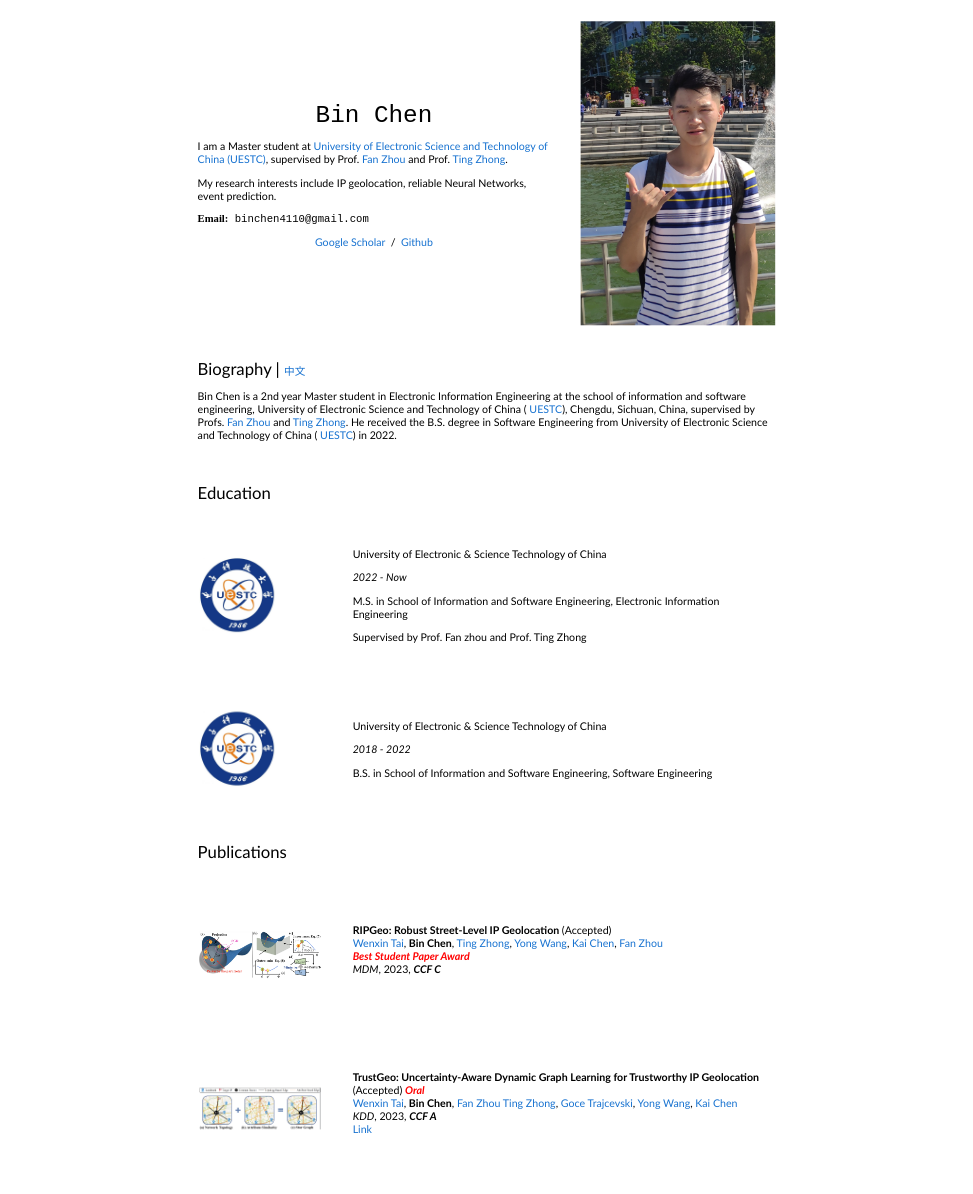
Repository: b1nchen/b1nchen.github.io
Page: index.html
These files come from the project's save history. The page is drawn as it stood at one moment and after the next save; the edit follows.
The browser window is 1280 px wide. The pictures show the part of the page from y = 0 to 1571 px (the page is 1939 px tall), at 76% of full size.
A picture or video elsewhere on the page could not be fetched, so the positions and the page height are approximate.

Above is the page before, as saved 2023-12-31 08:06:19.

### index.html
<!DOCTYPE HTML>
<html lang="en">

<head>
  <meta http-equiv="Content-Type" content="text/html; charset=UTF-8">

  <title>Bin Chen</title>

  <meta name="author" content="Bin Chen">
  <meta name="viewport" content="width=device-width, initial-scale=1">

  <link rel="stylesheet" type="text/css" href="stylesheet.css">
  <link rel="icon" href="images/uestc_icon.jpeg">
</head>

<body>

  <table
    style="width:100%;max-width:800px;border:0px;border-spacing:0px;border-collapse:separate;margin-right:auto;margin-left:auto;">
    <tbody>
      <tr style="padding:0px">
        <td style="padding:0px">
          <table
            style="width:100%;border:0px;border-spacing:0px;border-collapse:separate;margin-right:auto;margin-left:auto;">
            <tbody>
              <tr style="padding:0px">
                <td style="padding:2.5%;width:63%;vertical-align:middle">
                  <p style="text-align:center">
                    <name>Bin Chen</name>
                  </p>
                  <p>I am a Master student at <a href="https://en.uestc.edu.cn/">University of Electronic Science and
                      Technology of China (UESTC)</a>, supervised by Prof. <a
                      href="https://scholar.google.com/citations?user=Ihj2Rw8AAAAJ">Fan Zhou</a> and Prof. <a
                      href="https://scholar.google.com/citations?user=Mdr0XDkAAAAJ">Ting Zhong</a>.
                      <!-- <a href="xovee.cn">Xovee</a> also helps me a lot, as sa  -->
                  </p>
                  <p>
                    My research interests include IP geolocation, reliable Neural Networks, event prediction.
                  </p>
                  <p style="font-family: 'Courier New', Courier, monospace;">
                    <!-- <b style="font-family: 'Times New Roman', Times, serif;">Email:</b> <em>firstname</em>.<em>lastname</em>@ieee.org
                    <br>
                    &nbsp &nbsp &nbsp
                    <em>firstname</em>.<em>lastname</em>417@outlook.com <br> -->
                    <b style="font-family: 'Times New Roman', Times, serif;">
                      Email:</b> binchen4110@gmail.com
                     <br>

                  </p>
                  <p style="text-align:center">

                    <a >Google Scholar</a>
                    &nbsp/&nbsp
                    <a href="https://github.com/binchen4110/">Github</a>
                  </p>

                </td>
                <td style="padding:2.5%;width:40%;max-width:40%">
                  <a href="images/profile.jpg"><img style="width:100%;max-width:100%" alt="profile photo"
                      src="images/profile.jpg" class="hoverZoomLink"></a>
                </td>
              </tr>
            </tbody>
          </table>

          <table
            style="width:100%;border:0px;border-spacing:0px;border-collapse:separate;margin-right:auto;margin-left:auto;">
            <tbody>
              <tr>
                <td style="padding:20px;width:100%;vertical-align:middle">
                  <heading>Biography |
                    <a href="index_CHN.html">中文</a>
                  </heading>
                  <p>
                    Bin Chen is a 2nd year Master student in Electronic Information Engineering at the school of information and
                    software engineering, University of Electronic Science and Technology of China (<a
                      href="https://en.uestc.edu.cn/"> UESTC</a>), Chengdu, Sichuan, China, supervised by Profs. <a
                      href="https://scholar.google.com/citations?user=Ihj2Rw8AAAAJ">Fan Zhou</a> and <a
                      href="https://scholar.google.com/citations?user=Mdr0XDkAAAAJ">Ting Zhong</a>. He received the B.S.
                    degree in Software Engineering from University of Electronic Science and Technology of China (<a
                      href="https://www.uestc.edu.cn/"> UESTC</a>) in 2022.
                  </p>
                  <!-- <p>
                    He is a (student) member of the IEEE.
                  </p> -->
                </td>
              </tr>
            </tbody>
          </table>

          <table
            style="width:100%;border:0px;border-spacing:0px;border-collapse:separate;margin-right:auto;margin-left:auto;">
            <tbody>
              <tr>
                <td style="padding:20px;width:100%;vertical-align:middle">
                  <heading>Education</heading>
                </td>
              </tr>
            </tbody>
          </table>
          <table width="100%" align="center" border="0" cellpadding="20">
            <tbody>

              <tr>
                <td style="padding:20px;width:25%;vertical-align:middle">
                  <div class="flexbox">
                    <img src='images/uestc_icon.jpeg' width="100px">
                  </div>
                </td>
                <td style="padding:20px;width:75%;vertical-align:middle">
                  <p>University of Electronic & Science Technology of China</p>
                  <em>2022 - Now</em>
                  <p>M.S. in School of Information and Software Engineering, Electronic Information Engineering</p>
                  <p>Supervised by Prof. Fan zhou and Prof. Ting Zhong</p>

                </td>
              </tr>


              <tr>
                <td style="padding:20px;width:25%;vertical-align:middle">
                  <div class="flexbox">
                    <img src='images/uestc_icon.jpeg' width="100px">
                  </div>
                </td>
                <td style="padding:20px;width:75%;vertical-align:middle">
                  <p>University of Electronic & Science Technology of China</p>
                  <em> 2018 -  2022 </em>
                  <p> B.S. in School of Information and Software Engineering, Software Engineering</p>
                </td>
              </tr>


            </tbody>
          </table>


          <table width="100%" align="center" border="0" cellspacing="0" cellpadding="20">
            <tbody>
              <tr>
                <td>
                  <heading>Publications</heading>
                </td>
              </tr>
            </tbody>
          </table>
          <table width="100%" align="center" border="0" cellpadding="20">
            <tbody>

            <!-- MDM 2023 -->
              <tr onmouseout="ripgeo_data()" onmouseover="ripgeo_para()">
                <td style="padding:20px;width:25%;vertical-align:middle">
                  <div class="one">
                    <div class="two" id='data'>
                      <img src='images/ripgeo_perturb_data.png' width="160">


                    </div>
                    <img src="images/ripgeo_perturb_para.png" width="160">
                  </div>
                  <script type="text/javascript">
                    function ripgeo_data() {
                      document.getElementById('data').style.opacity = "0";
                    }

                    function ripgeo_para() {
                      document.getElementById('data').style.opacity = "1";
                    }
                    ripgeo_data()
                  </script>
                </td>
                <td style="padding:20px;width:75%;vertical-align:middle">

                  <papertitle>RIPGeo: Robust Street-Level IP Geolocation </papertitle>(Accepted)

                  <br>
                  <a href="https://scholar.google.com/citations?user=YyxocAIAAAAJ">Wenxin Tai</a>,
                  <strong>Bin Chen</strong>,
                  <a href="https://scholar.google.com/citations?user=Mdr0XDkAAAAJ">Ting Zhong</a>,
                  <a>Yong Wang</a>,
                  <a href="https://scholar.google.com/citations?user=tnRV5QYAAAAJ">Kai Chen</a>,
                  <a href="https://scholar.google.com/citations?user=Ihj2Rw8AAAAJ">Fan Zhou</a>

                  <br>
                  <em><b style="color:red">Best Student Paper Award</b></em>
                  <br>
                  <em>MDM</em>, 2023, <em><strong>CCF C</strong></em>
                  <br>


                  <!-- <a href="https://ieeexplore.ieee.org/document/9747900">链接</a>,
                  <a href="https://youtu.be/uT1pEfHbo14">视频</a>,
                  <a href="papers/ICASSP_5513_poster.pdf">海报</a>,
                  <a href="papers/ICASSP_slides.pptx">幻灯片</a>,
                  <a href="papers/ICASSP_2022_FUFI.pdf">下载</a>
                  <p></p>
                  <p>We incorporate evidential learning into IP geolocation to improve the stability of the system.. -->
                  </p>
                </td>
              </tr>


              <!-- KDD 2023 -->
              <tr onmouseout="FUFI_intro()" onmouseover="FUFI_end()">
                <td style="padding:20px;width:25%;vertical-align:middle">
                  <div class="one">
                    <div class="two" id='method'>
                      <img src='images/trustgeo_method.png' width="160">


                    </div>
                    <img src="images/trustgeo_model.png" width="160">
                  </div>
                  <script type="text/javascript">
                    function FUFI_intro() {
                      document.getElementById('method').style.opacity = "0";
                    }

                    function FUFI_end() {
                      document.getElementById('method').style.opacity = "1";
                    }
                    FUFI_intro()
                  </script>
                </td>
                <td style="padding:20px;width:75%;vertical-align:middle">

                  <papertitle>TrustGeo: Uncertainty-Aware Dynamic Graph Learning for Trustworthy IP Geolocation </papertitle>(Accepted) <em><b style="color:red">Oral</b></em>


                  <br>
                  <a href="https://scholar.google.com/citations?user=YyxocAIAAAAJ">Wenxin Tai</a>,
                  <strong>Bin Chen</strong>,
                  <a href="https://scholar.google.com/citations?user=Ihj2Rw8AAAAJ">Fan Zhou</a>
                  <a href="https://scholar.google.com/citations?user=Mdr0XDkAAAAJ">Ting Zhong</a>,
                  <a href="https://scholar.google.com/citations?user=Avus2kcAAAAJ">Goce Trajcevski</a>,
                  <a>Yong Wang</a>,
                  <a href="https://scholar.google.com/citations?user=tnRV5QYAAAAJ">Kai Chen</a>
                  <br>
                  <em>KDD</em>, 2023, <em><strong>CCF A</strong></em>
                  <br>

                  <a href="https://drive.google.com/file/d/1PgxtmzdQAYr9Ti3rvHGgnyf05PbP-WwI/view?usp=drive_link">Link</a>
                  <!-- <a href="https://ieeexplore.ieee.org/document/9747900">链接</a>,
                  <a href="https://youtu.be/uT1pEfHbo14">视频</a>,
                  <a href="papers/ICASSP_5513_poster.pdf">海报</a>,
                  <a href="papers/ICASSP_slides.pptx">幻灯片</a>,
                  <a href="papers/ICASSP_2022_FUFI.pdf">下载</a>
                  <p></p>
                  <p>We incorporate evidential learning into IP geolocation to improve the stability of the system.. -->
                  </p>
                </td>
              </tr>


            </tbody>
          </table>
        </td>
      </tr>

    </table>

  <center>


  <p>
    <font size="2">
      <font size="2">
        <font size="2">&nbsp;<br>
          &nbsp; <a href="https://www.easycounter.com/">
            <img src="https://www.easycounter.com/counter.php?hyson"
            border="0" alt="Web Site Hit Counter"></a> <i>
            <font face="Arial" size="2">unique visitors since Feburary 2023</font>
          </i></font>
      </font>
    </font>
  </p>



  <p style="color: #AAAAAA;">© 2023 Bin Chen | Powered by <a href="https://pattonyu.github.io/">Haoyang Yu</a> and <a href="https://jonbarron.info/">Jon Barron </a> | updating time
    2023-02-28
        <!-- Friendly Link: <a href="https://xovee.cn">Xovee Xu</a> -->
    </p>
  </center>
</body>

</html>

### stylesheet.css
/* latin-ext */
@font-face {
  font-family: 'Lato';
  font-style: italic;
  font-weight: 400;
  src: local('Lato Italic'), local('Lato-Italic'), url(https://fonts.gstatic.com/s/lato/v15/S6u8w4BMUTPHjxsAUi-qNiXg7eU0.woff2) format('woff2');
  unicode-range: U+0100-024F, U+0259, U+1E00-1EFF, U+2020, U+20A0-20AB, U+20AD-20CF, U+2113, U+2C60-2C7F, U+A720-A7FF;
}
/* latin */
@font-face {
  font-family: 'Lato';
  font-style: italic;
  font-weight: 400;
  src: local('Lato Italic'), local('Lato-Italic'), url(https://fonts.gstatic.com/s/lato/v15/S6u8w4BMUTPHjxsAXC-qNiXg7Q.woff2) format('woff2');
  unicode-range: U+0000-00FF, U+0131, U+0152-0153, U+02BB-02BC, U+02C6, U+02DA, U+02DC, U+2000-206F, U+2074, U+20AC, U+2122, U+2191, U+2193, U+2212, U+2215, U+FEFF, U+FFFD;
}
/* latin-ext */
@font-face {
  font-family: 'Lato';
  font-style: italic;
  font-weight: 700;
  src: local('Lato Bold Italic'), local('Lato-BoldItalic'), url(https://fonts.gstatic.com/s/lato/v15/S6u_w4BMUTPHjxsI5wq_FQftx9897sxZ.woff2) format('woff2');
  unicode-range: U+0100-024F, U+0259, U+1E00-1EFF, U+2020, U+20A0-20AB, U+20AD-20CF, U+2113, U+2C60-2C7F, U+A720-A7FF;
}
/* latin */
@font-face {
  font-family: 'Lato';
  font-style: italic;
  font-weight: 700;
  src: local('Lato Bold Italic'), local('Lato-BoldItalic'), url(https://fonts.gstatic.com/s/lato/v15/S6u_w4BMUTPHjxsI5wq_Gwftx9897g.woff2) format('woff2');
  unicode-range: U+0000-00FF, U+0131, U+0152-0153, U+02BB-02BC, U+02C6, U+02DA, U+02DC, U+2000-206F, U+2074, U+20AC, U+2122, U+2191, U+2193, U+2212, U+2215, U+FEFF, U+FFFD;
}
/* latin-ext */
@font-face {
  font-family: 'Lato';
  font-style: normal;
  font-weight: 400;
  src: local('Lato Regular'), local('Lato-Regular'), url(https://fonts.gstatic.com/s/lato/v15/S6uyw4BMUTPHjxAwXiWtFCfQ7A.woff2) format('woff2');
  unicode-range: U+0100-024F, U+0259, U+1E00-1EFF, U+2020, U+20A0-20AB, U+20AD-20CF, U+2113, U+2C60-2C7F, U+A720-A7FF;
}
/* latin */
@font-face {
  font-family: 'Lato';
  font-style: normal;
  font-weight: 400;
  src: local('Lato Regular'), local('Lato-Regular'), url(https://fonts.gstatic.com/s/lato/v15/S6uyw4BMUTPHjx4wXiWtFCc.woff2) format('woff2');
  unicode-range: U+0000-00FF, U+0131, U+0152-0153, U+02BB-02BC, U+02C6, U+02DA, U+02DC, U+2000-206F, U+2074, U+20AC, U+2122, U+2191, U+2193, U+2212, U+2215, U+FEFF, U+FFFD;
}
/* latin-ext */
@font-face {
  font-family: 'Lato';
  font-style: normal;
  font-weight: 700;
  src: local('Lato Bold'), local('Lato-Bold'), url(https://fonts.gstatic.com/s/lato/v15/S6u9w4BMUTPHh6UVSwaPGQ3q5d0N7w.woff2) format('woff2');
  unicode-range: U+0100-024F, U+0259, U+1E00-1EFF, U+2020, U+20A0-20AB, U+20AD-20CF, U+2113, U+2C60-2C7F, U+A720-A7FF;
}
/* latin */
@font-face {
  font-family: 'Lato';
  font-style: normal;
  font-weight: 700;
  src: local('Lato Bold'), local('Lato-Bold'), url(https://fonts.gstatic.com/s/lato/v15/S6u9w4BMUTPHh6UVSwiPGQ3q5d0.woff2) format('woff2');
  unicode-range: U+0000-00FF, U+0131, U+0152-0153, U+02BB-02BC, U+02C6, U+02DA, U+02DC, U+2000-206F, U+2074, U+20AC, U+2122, U+2191, U+2193, U+2212, U+2215, U+FEFF, U+FFFD;
}

a {
  color: #1772d0;
  text-decoration: none;
}

a:focus,
a:hover {
  color: #f09228;
  text-decoration: none;
}

body,
td,
th,
tr,
p,
a {
  font-family: 'Lato', Verdana, Helvetica, sans-serif;
  font-size: 14px
}

strong {
  font-family: 'Lato', Verdana, Helvetica, sans-serif;
  font-size: 14px;
}

heading {
  font-family: 'Lato', Verdana, Helvetica, sans-serif;
  font-size: 22px;
}

papertitle {
  font-family: 'Lato', Verdana, Helvetica, sans-serif;
  font-size: 14px;
  font-weight: 700
}

name {
  font-family: 'Courier New', Courier, monospace;
  font-size: 32px;
}


.flexbox{
  width: 160px;
  height: 160px;
  display: flex;
  align-items: center;
  justify-items: center;
  /* text-align: center; */
}

.flexbox img{
  justify-items: center;
  align-items: center;
  /* text-align: center; */
}


.one {
  width: 160px;
  height: 160px;
  display: flex;
  position: relative;
  align-items: center;
}

.one img{
  width: 160px;
  align-items: center;
}

.two {
  width: 160px;
  height: 160px;
  display: flex;
  position: absolute;
  transition: opacity .2s ease-in-out;
  -moz-transition: opacity .2s ease-in-out;
  -webkit-transition: opacity .2s ease-in-out;
  align-items: center;
}

.two img{
  width: 160px;
  align-items: center;
}

.fade {
  transition: opacity .2s ease-in-out;
  -moz-transition: opacity .2s ease-in-out;
  -webkit-transition: opacity .2s ease-in-out;
}

span.highlight {
  background-color: #ffffd0;
}

After the next save:
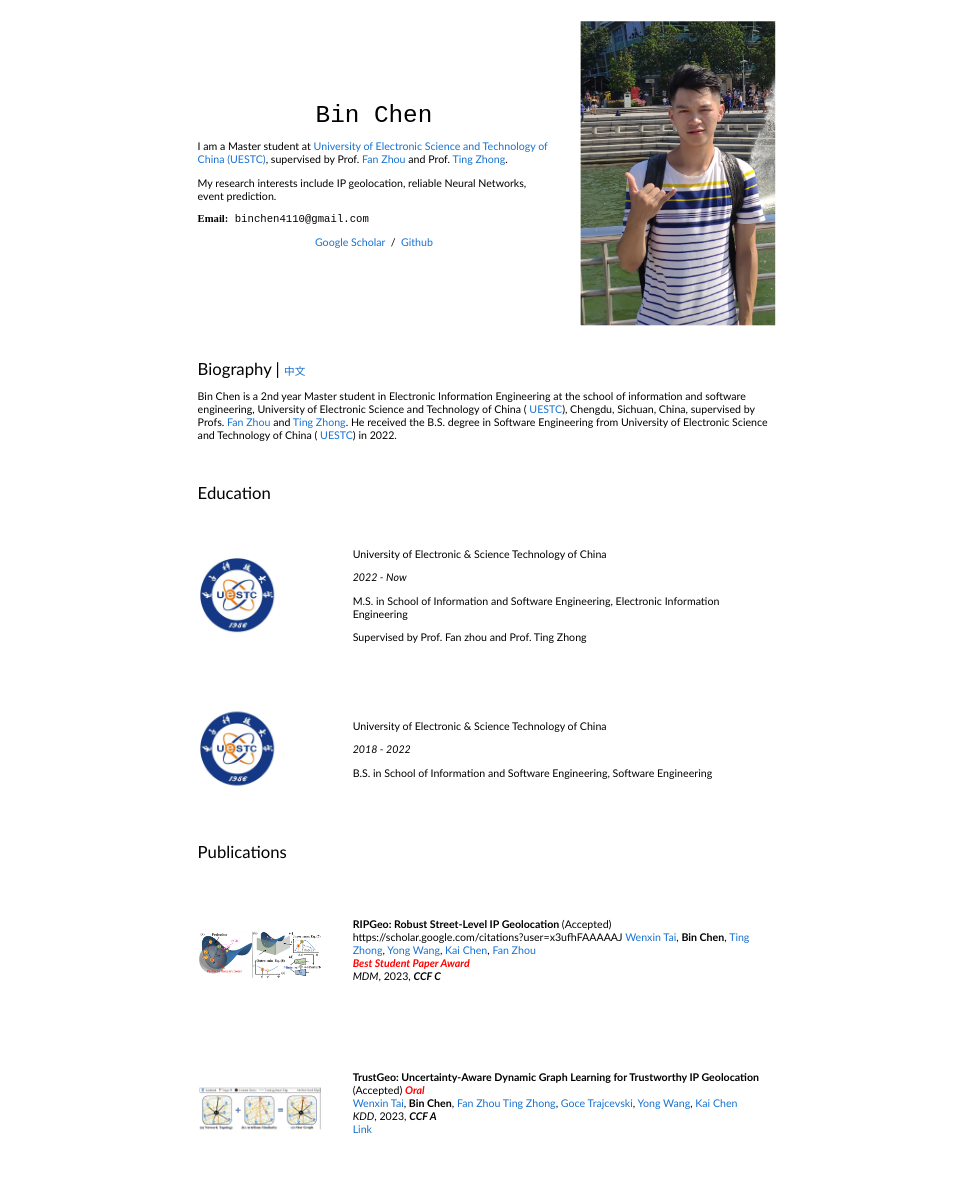
Saved 2 min 40 s later.
--- a/index.html
+++ b/index.html
@@ -174,6 +174,7 @@
                   <papertitle>RIPGeo: Robust Street-Level IP Geolocation </papertitle>(Accepted)
 
                   <br>
+                  https://scholar.google.com/citations?user=x3ufhFAAAAAJ
                   <a href="https://scholar.google.com/citations?user=YyxocAIAAAAJ">Wenxin Tai</a>,
                   <strong>Bin Chen</strong>,
                   <a href="https://scholar.google.com/citations?user=Mdr0XDkAAAAJ">Ting Zhong</a>,
